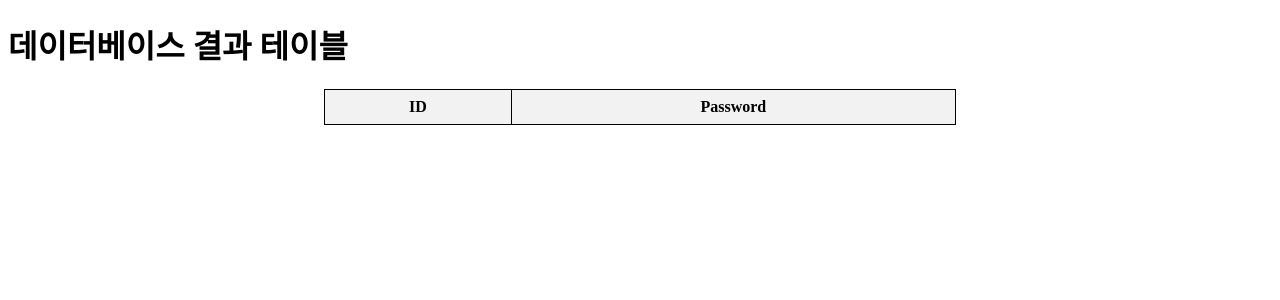
Repository: 2JISUN/hta-lecture-basic
Page: http://localhost/jsp03/list.jsp
These files come from the project's save history. The page is drawn as it stood at one moment and after the next save; the edit follows.
The browser window is 1280 px wide. The pictures show the whole page.
The page is served by Tomcat 10. Queries for data that is not in the repository find no rows.

Above is the page before, as saved 2023-09-15 03:15:23.

After the next save:
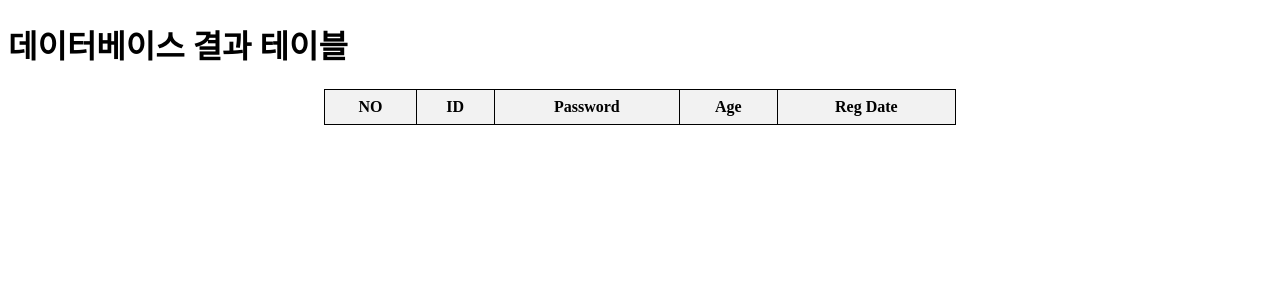
Saved 7 min 51 s later.
--- a/jsp-lecture/jsp03/src/main/webapp/list.jsp
+++ b/jsp-lecture/jsp03/src/main/webapp/list.jsp
@@ -72,15 +72,21 @@
     <h1>데이터베이스 결과 테이블</h1>
     <table>
         <tr>
+        	<th>NO</th>
             <th>ID</th>
             <th>Password</th>
+            <th>Age</th> <!-- Age 열 추가 -->
+            <th>Reg Date</th> <!-- Reg Date 열 추가 -->
         </tr>
         <%
             while(rs.next()) {
         %>
             <tr>
+            	<td><%= rs.getInt("no") %></td>
                 <td><%= rs.getString("id") %></td>
                 <td><%= rs.getString("password") %></td>
+                <td><%= rs.getString("age") %></td> <!-- Age 값 표시 -->
+                <td><%= rs.getString("regdate") %></td> <!-- Reg Date 값 표시 -->
             </tr>
         <%
             }
